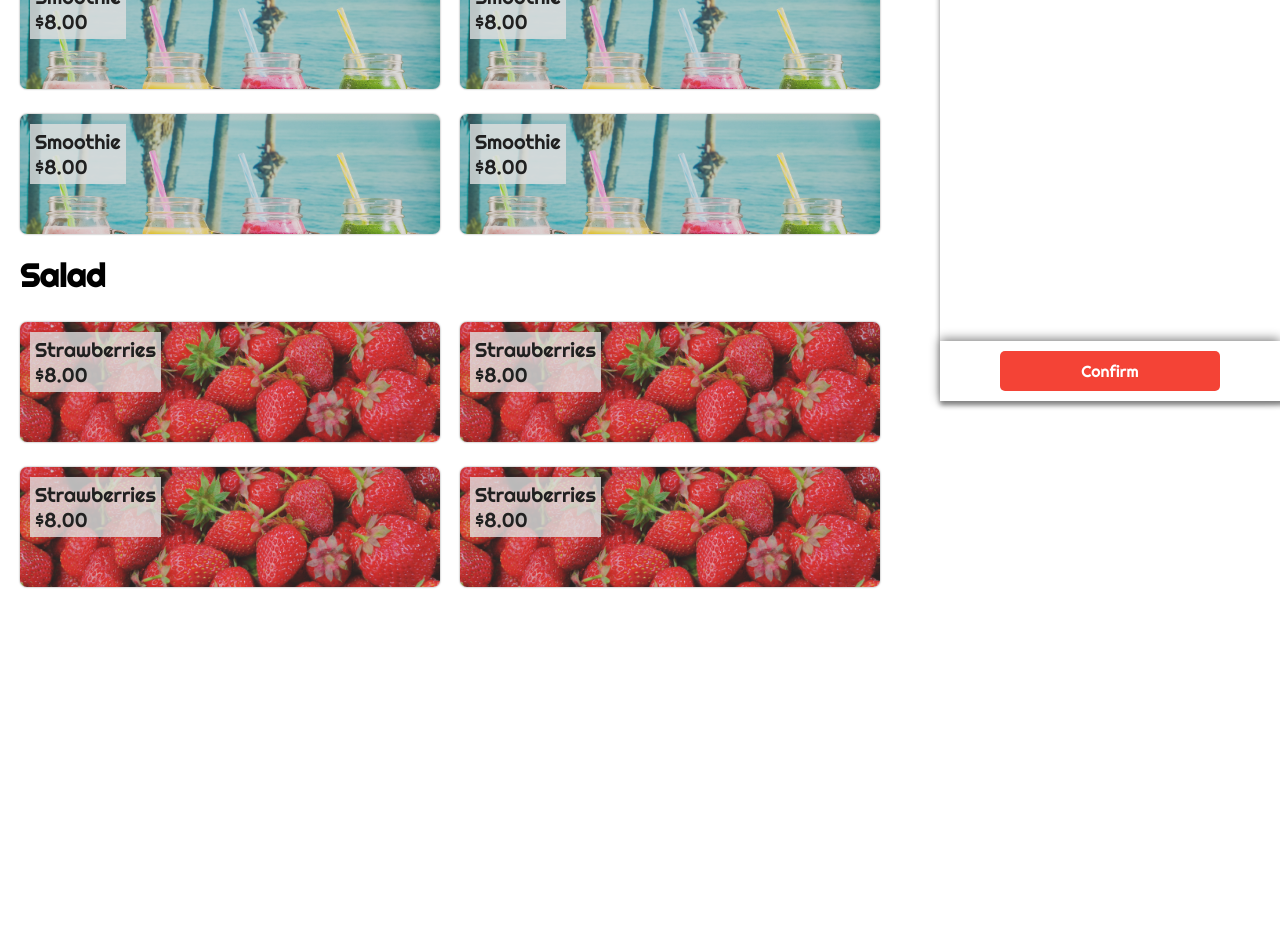
Repository: c0debase/LivingFoods
Page: /
These files come from the project's save history. The page is drawn as it stood at one moment and after the next save; the edit follows.
The browser window is 1280 px wide. The pictures show the part of the page from y = 319 to 1271 px (the page is 1271 px tall).
Pictures or frames that could not be fetched are drawn as grey boxes. The project was rebuilt for these pictures with package versions that can differ from the ones it lists, and the page was loaded fresh each time. Also part of the build but not shown: src/FoodDialog/QuantityInput.js, src/Hooks/useQuantity.js, src/FoodDialog/Toppings.js, src/Hooks/useToppings.js, src/FoodDialog/FoodDialog.js.

Above is the page before, as saved 2021-09-20 01:11:15.

### public/index.html
<!DOCTYPE html>
<html lang="en">
  <head>
    <meta charset="utf-8" />
    <link rel="icon" href="%PUBLIC_URL%/favicon.ico" />
    <meta name="viewport" content="width=device-width, initial-scale=1" />
    <meta name="theme-color" content="#000000" />
    <meta
      name="description"
      content="Web site created using create-react-app"
    />
    <link rel="apple-touch-icon" href="%PUBLIC_URL%/logo192.png" />

    <link rel="preconnect" href="https://fonts.googleapis.com">
    <link rel="preconnect" href="https://fonts.gstatic.com" crossorigin>
    <link href="https://fonts.googleapis.com/css2?family=Open+Sans|Righteous" rel="stylesheet">

    <!--
      manifest.json provides metadata used when your web app is installed on a
      user's mobile device or desktop. See https://developers.google.com/web/fundamentals/web-app-manifest/
    -->
    <link rel="manifest" href="%PUBLIC_URL%/manifest.json" />
    <!--
      Notice the use of %PUBLIC_URL% in the tags above.
      It will be replaced with the URL of the `public` folder during the build.
      Only files inside the `public` folder can be referenced from the HTML.

      Unlike "/favicon.ico" or "favicon.ico", "%PUBLIC_URL%/favicon.ico" will
      work correctly both with client-side routing and a non-root public URL.
      Learn how to configure a non-root public URL by running `npm run build`.
    -->
    <title>Juggly Juice</title>
  </head>
  <body>
    <noscript>You need to enable JavaScript to run this app.</noscript>
    <div id="root"></div>
    <!--
      This HTML file is a template.
      If you open it directly in the browser, you will see an empty page.

      You can add webfonts, meta tags, or analytics to this file.
      The build step will place the bundled scripts into the <body> tag.

      To begin the development, run `npm start` or `yarn start`.
      To create a production bundle, use `npm run build` or `yarn build`.
    -->
  </body>
</html>

### src/App.js
import React, {useState} from 'react';
import { createGlobalStyle } from 'styled-components';
import { Navbar } from "./Navbar/Navbar";
import {Banner} from './Banner/Banner';
import {Menu} from './Menu/Menu';
import {GlobalStyle} from './Styles/GlobalStyle'
import {FoodDialog} from './FoodDialog/FoodDialog';
import {Order} from './Order/Order';
import {useOpenFood} from './Hooks/useOpenFood';
import {useOrders} from './Hooks/useOrders';
import {useTitle} from './Hooks/useTitle';
function App() {

  const openFood = useOpenFood();
  const orders = useOrders();
  useTitle({...openFood, ...orders});
  return (
    <>
      <GlobalStyle />
      <FoodDialog {...openFood} {...orders} />
      <Navbar />
      <Order {...orders}/>
      <Banner />
      <Menu {...openFood} />
    </>
  );
}

export default App;

### src/Navbar/Navbar.js
import React from 'react';
import styled from 'styled-components';
import {pizzaRed} from '../Styles/colors';
import {Title} from '../Styles/title';


export const NavbarStyled = styled.div`
  background-color: ${pizzaRed};
  padding: 10px;
  position: fixed;
  width: 100%;
  z-index: 999;
`

const Logo = styled(Title)`
  font-size: 20px;
  color: white;
  text-shadow: 1px 1px 4px #380502;
`;

export function Navbar(){
  return (
  <NavbarStyled>
    <Logo>Juggly Juice <span role="img" aria-label="smoothie">🥤</span></Logo>
  </NavbarStyled>
  )
}

### src/Banner/Banner.js
import styled from 'styled-components';

export const Banner = styled.div`
  height: 200px;
  background-image: url("img/bowl-hand.jpg");
  background-position: center;
  background-size: cover;
  filter: contrast(75%);
`;

### src/Menu/Menu.js
import React from 'react';
import styled from 'styled-components';
import {foods, formatPrice} from '../Data/FoodData';

import {Food, FoodGrid, FoodLabel} from '../Menu/FoodGrid'

const MenuStyled = styled.div`
  height: 1000px;
  margin: 0px 400px 50px 20px;
`;

export function Menu({setOpenFood}) {
  return (
  <MenuStyled>
    {Object.entries(foods).map(([sectionName, foods]) => (
      <>
        <h1>{sectionName}</h1>
        <FoodGrid>
          {foods.map(food => (
            <Food
              img={food.img}
              onClick={() => {
                setOpenFood(food)
            }}
            >
              <FoodLabel>
                <div>{food.name}</div>
                <div>{formatPrice(food.price)}</div>
              </FoodLabel>
            </Food>
          ))}
        </FoodGrid>
      </>
    ))}
  </MenuStyled>
  );
}

### src/Styles/GlobalStyle.js
import { createGlobalStyle} from 'styled-components';

export const GlobalStyle = createGlobalStyle`
  body {
    font-family: 'Open Sans', sans-serif;
    margin: 0;
  }

  h1, h2, h3 {
    font-family: 'Righteous', cursive;
  }
`

### src/Order/Order.js
import React from 'react';
import styled from 'styled-components';
import {
  DialogFooter,
  DialogContent,
  ConfirmButton
} from '../FoodDialog/FoodDialog';
import {formatPrice} from '../Data/FoodData';
import {getPrice} from '../FoodDialog/FoodDialog';

const OrderStyled = styled.div`
  position: fixed;
  right: 0px;
  top: 48px;
  width: 340px;
  background-color: white;
  height: calc(100% - 48px);
  box-shadow: 4px 0px 5px 4px grey;
  z-index: 10;
  display: flex;
  flex-direction: column;
`;

const OrderContent = styled(DialogContent)`
  padding: 20px;
  height: 100%;
`;

const OrderContainer = styled.div`
  padding: 10px 0px;
  border-bottom: 1px solid grey;
`;

const OrderItem = styled.div`
  padding: 10px 0px;
  display: grid;
  grid-template-columns: 20px 150px 20px 60px;
  justify-content: space-between;
`;

const DetailItem = styled.div`
  color: gray;
  font-size: 10px;
`;

export function Order({orders}) {
  const subtotal = orders.reduce((total, order) => {
    return total + getPrice(order);
  }, 0);
  const tax = subtotal * .07;
  const total = subtotal + tax;

  return (
    <OrderStyled>
    {orders.length === 0 ? (
      <OrderContent>
        Your order like your stomach is pretty empty
      </OrderContent>
    ) : (
      <OrderContent>
      {" "}
        <OrderContainer> Your Order: </OrderContainer>{" "}
          {orders.map(order => (
            <OrderContainer>
              <OrderItem>
                <div>{order.quantity}</div>
                <div>{order.name}</div>
                <div></div>
                <div>{formatPrice(getPrice(order))}</div>
              </OrderItem>
              <DetailItem>
                {order.toppings
                .filter(t => t.checked)
                .map(topping => topping.name)
                .join(", ")}
              </DetailItem>
            </OrderContainer>
          ))}
          <OrderContainer>
            <OrderItem>
              <div/>
              <div>Sub-total</div>
              <div>{formatPrice(subtotal)}</div>
            </OrderItem>
            <OrderItem>
              <div/>
              <div>Tax</div>
              <div>{formatPrice(tax)}</div>
            </OrderItem>
            <OrderItem>
              <div/>
              <div>Total</div>
              <div>{formatPrice(total)}</div>
            </OrderItem>
          </OrderContainer>
      </OrderContent>
    )}

      <DialogFooter>
        <ConfirmButton>Confirm</ConfirmButton>
      </DialogFooter>
    </OrderStyled>
  )
}

### src/Hooks/useOpenFood.js
import {useState} from 'react';


export function useOpenFood() {
  const [openFood, setOpenFood] = useState();
  return {
    openFood,
    setOpenFood
  }
}

### src/Hooks/useOrders.js
import {useState} from 'react';

export function useOrders() {
  const [orders, setOrders] = useState([]);
  return {
    orders,
    setOrders
  }
}

### src/Hooks/useTitle.js
import {useEffect} from 'react';

export function useTitle({openFood, orders}) {
  useEffect(() => {
    if(openFood) {
      document.title = openFood.name;
    } else {
      document.title = orders.length === 0 ? `What's for dinner?` : `[${orders.length}] items in your order!`;
    }
  });
}

### src/Styles/colors.js
export const pizzaRed = "#f44336";

### src/Styles/title.js
import styled from 'styled-components';

export const Title = styled.div`
  font-family: 'Righteous', cursive;
`;

### src/Data/FoodData.js
export function formatPrice(price) {
  return price.toLocaleString('en-US', {
    style: 'currency',
    currency: 'USD'
  })
}

export const foodItems = [
  {
    name: 'Smoothie',
    img: '/img/smoothies.jpg',
    section: 'Smoothie',
    price: 8
  },
  {
    name: 'Strawberries',
    img: '/img/strawberries.jpg',
    section: 'Salad',
    price: 8
  },
  {
    name: 'Smoothie',
    img: '/img/smoothies.jpg',
    section: 'Smoothie',
    price: 8
  },
  {
    name: 'Strawberries',
    img: '/img/strawberries.jpg',
    section: 'Salad',
    price: 8
  },
  {
    name: 'Smoothie',
    img: '/img/smoothies.jpg',
    section: 'Smoothie',
    price: 8
  },
  {
    name: 'Strawberries',
    img: '/img/strawberries.jpg',
    section: 'Salad',
    price: 8
  },
  {
    name: 'Smoothie',
    img: '/img/smoothies.jpg',
    section: 'Smoothie',
    price: 8
  },
  {
    name: 'Strawberries',
    img: '/img/strawberries.jpg',
    section: 'Salad',
    price: 8
  },

];

export const foods = foodItems.reduce((res, food) => {
  if (!res[food.section]){
    res[food.section] = [];
  }
  res[food.section].push(food);
  return res;
}, {})

### src/Menu/FoodGrid.js
import styled from 'styled-components';
import {Title} from '../Styles/title';

export const FoodGrid = styled.div`
  display: grid;
  grid-template-columns: 1fr 1fr;
  gap: 20px;
`;

export const FoodLabel = styled(Title)`
  position: absolute;
  background-color: rgba(256,256,256, .8);
  padding: 5px;
`;

export const Food = styled.div`
  height: 100px;
  padding: 10px;
  font-size: 20px;
  background-image: ${({img}) => `url(${img});`};
  background-position: center;
  background-size: cover;
  filter: contrast(75%);
  border-radius: 7px;
  margin-top: 5px;
  transition-property: box-shadow margin-top filter;
  transition-duration: .1s;
  box-shadow: 0px 0px 2px 0px grey;
  &:hover {
    cursor: pointer;
    filter: contrast(100%);
    margin-top: 0px;
    margin-bottom: 5px;
    box-shadow: 0px 0px 10px 0px grey;
  }
`;

Loaded but not shown: src/index.js (common file); src/reportWebVitals.js (common file)

After the next save:
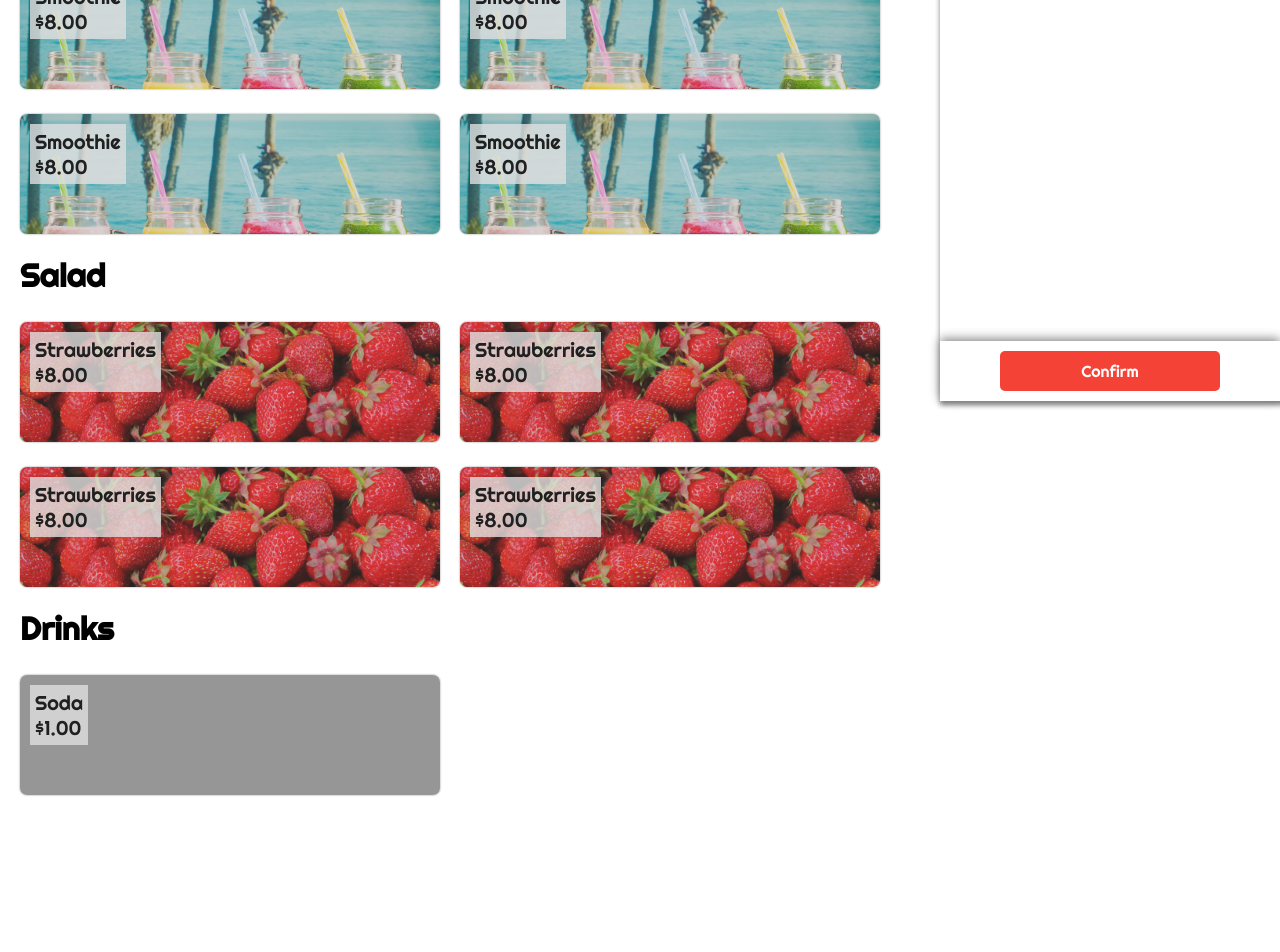
Saved 10 s later.
--- a/src/Data/FoodData.js
+++ b/src/Data/FoodData.js
@@ -54,6 +54,12 @@ export const foodItems = [
     section: 'Salad',
     price: 8
   },
+  {
+    price: 1,
+    name: 'Soda',
+    section: 'Drinks',
+    choices: ['Coke', 'Sprite', 'Root Beer']
+  }
 
 ];
 
